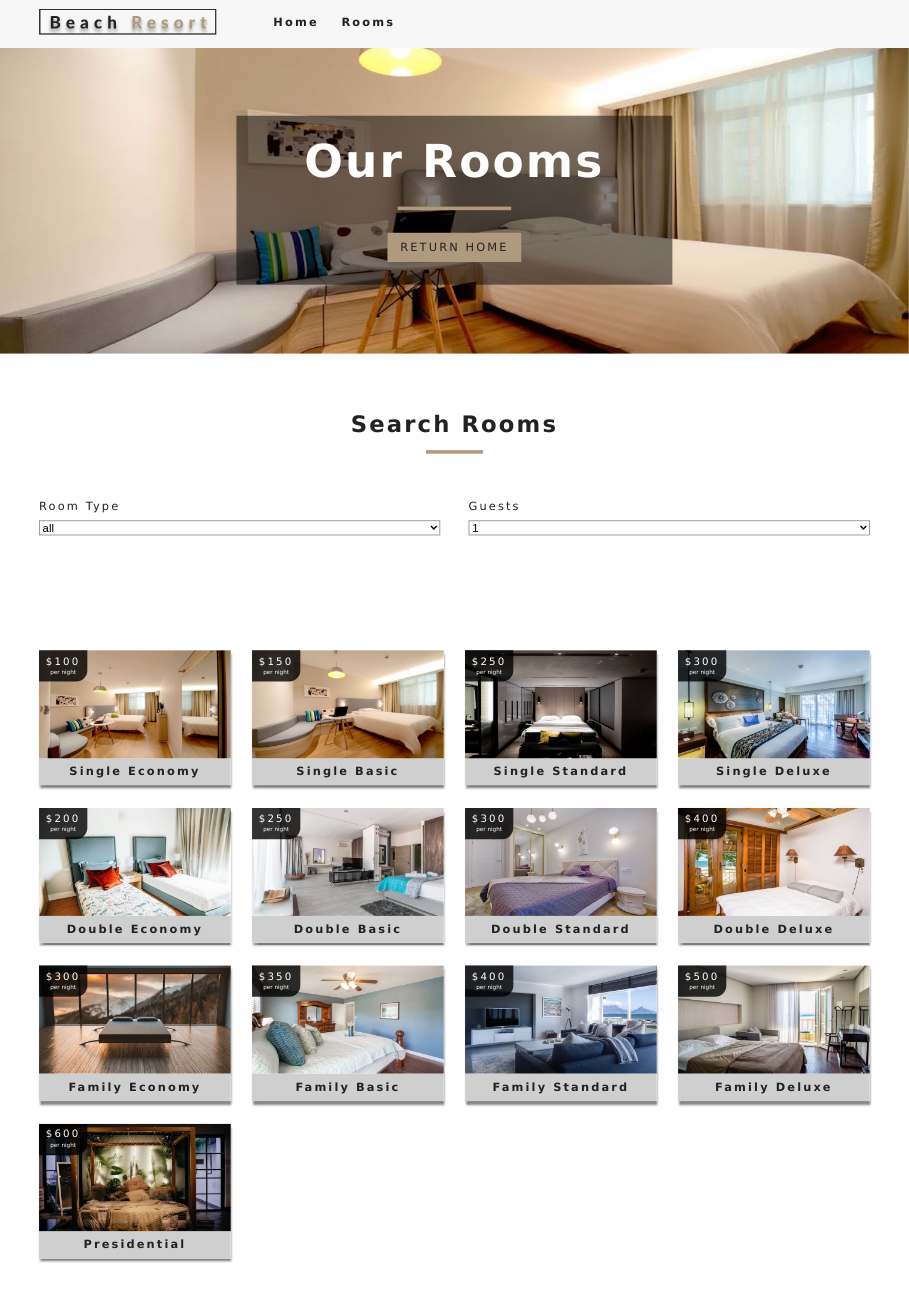
Repository: thanhn379/react-beach-resort
Page: /rooms
These files come from the project's save history. The page is drawn as it stood at one moment and after the next save; the edit follows.
The browser window is 1280 px wide. The pictures show the whole page, at 71% of full size.
The project was rebuilt for these pictures with package versions that can differ from the ones it lists, and the page was loaded fresh each time. Also part of the build but not shown: src/components/Services.js, src/components/FeaturedRooms.js, src/pages/Home.js, src/components/StyledHero.js, src/pages/SingleRoom.js, src/pages/Error.js.

Above is the page before, as saved 2019-11-19 13:44:21.

After the next save:
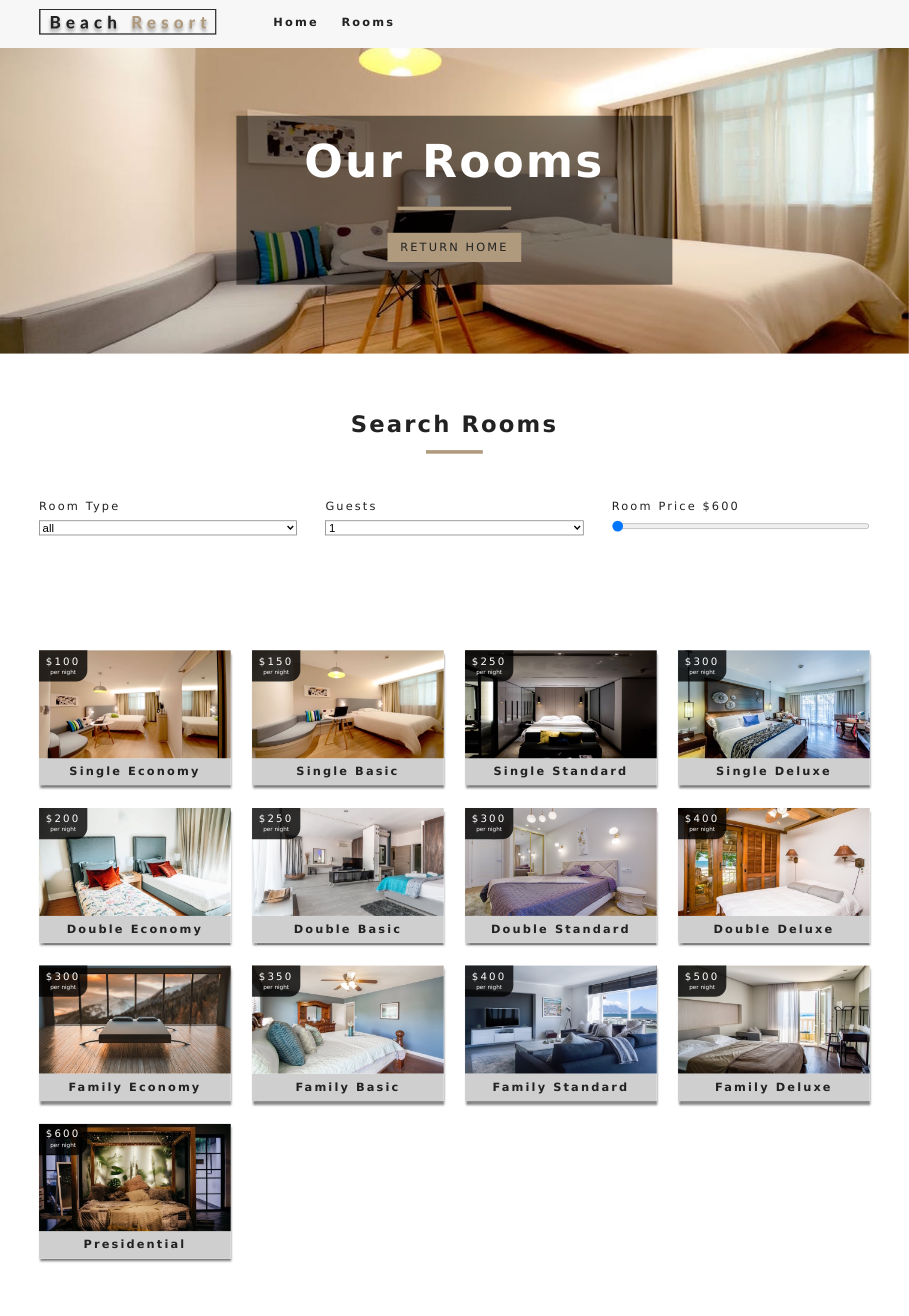
Saved 14 min 29 s later.
--- a/src/components/RoomFilter.js
+++ b/src/components/RoomFilter.js
@@ -71,6 +71,21 @@ export default function RoomsFilter({ rooms }) {
           </select>
         </div>
         {/* end of guests */}
+        {/* room price */}
+        <div className="form-group">
+          <label htmlFor="price">room price ${price}</label>
+          <input
+            type="range"
+            name="price"
+            id="price"
+            min={price}
+            max={maxPrice}
+            value={price}
+            onChange={handleChange}
+            className="form-control"
+          />
+        </div>
+        {/* end room price */}
       </form>
     </section>
   );
